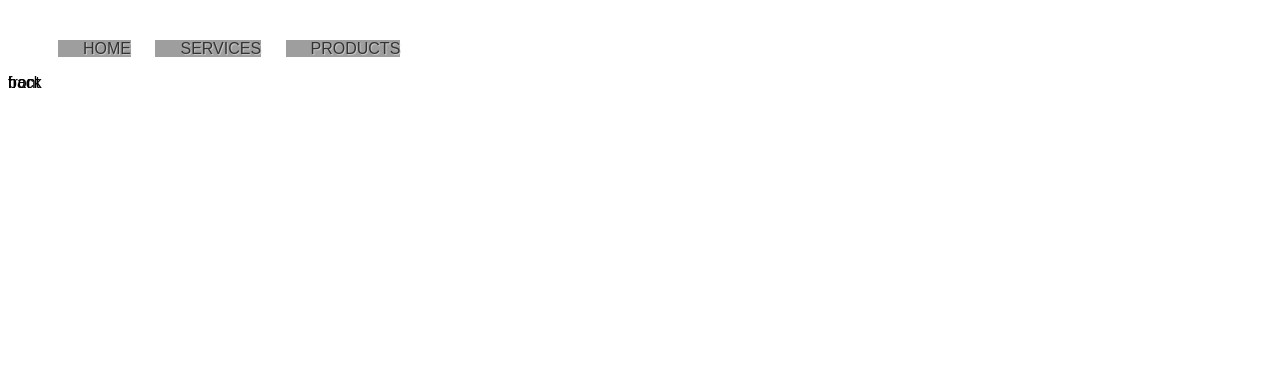
Repository: LtGriff/capstoneprogress
Page: index.html
An editor plug-in stored every save of this project. The page is shown before and after the next save, followed by the edit.
The browser window is 1280 px wide. The pictures show the whole page.
Pictures or frames that could not be fetched are drawn as grey boxes.

Above is the page before, as saved 2022-06-05 23:51:53.

### index.html
<!DOCTYPE html>
<html lang="en">
<head>
     <meta charset="UTF-8">
     <meta http-equiv="X-UA-Compatible" content="IE=edge">
     <meta name="viewport" content="width=device-width, initial-scale=1.0">
     <title>Document</title>
     <link rel="stylesheet" href="style.css">
</head>
<body>


     </html><nav id="main-menu">
     <ul class="nav-bar">
          <li class="nav-button-home"><a href="#">Home</a></li>
          <li class="nav-button-services"><a href="#">Services</a></li>
          <li class="nav-button-products"><a href="#">Products</a></li>
     </ul>
</nav>



<div class="scene">
     <div class="card">
       <div class="card__face card__face--front">front</div>
       <div class="card__face card__face--back">back</div>
     </div>
   </div>




</body>

### style.css
body { font-family: sans-serif; }

#main-menu .nav-bar { list-style:none; margin-top: 40px; }
#main-menu .nav-bar li { display:inline; padding:0 10px; }

#main-menu .nav-bar li a {
  text-decoration: none;
  padding-left: 25px;
  text-transform: uppercase;
  color: #333;
	text-shadow: 1px 1px 1px #ccc;
}

.nav-bar .nav-button-home a { background:url("https://www.cheesetoast.co.uk/cheesepress/wp-content/uploads/2012/08/home.gif") no-repeat 0px -2px transparent; }

.nav-bar .nav-button-services a { background:url("https://www.cheesetoast.co.uk/cheesepress/wp-content/uploads/2012/08/services.gif") no-repeat 0px -2px transparent; }

.nav-bar .nav-button-products a { background:url("https://www.cheesetoast.co.uk/cheesepress/wp-content/uploads/2012/08/products.gif") no-repeat 0px -2px transparent; }


.scene {
  width: 200px;
  height: 260px;
  perspective: 600px;
}


.card {
  width: 100%;
  height: 100%;
  position: relative;
  transition: transform 1s;
  transform-style: preserve-3d;
}

.card__face {
  position: absolute;
  height: 100%;
  width: 100%;
  backface-visibility: hidden;
}

After the next save:
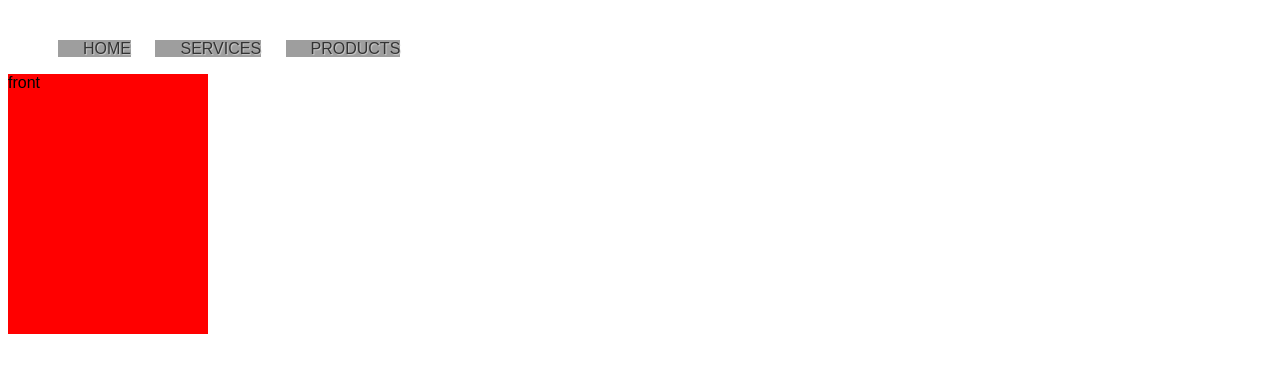
Saved 28 s later.
--- a/style.css
+++ b/style.css
@@ -39,3 +39,13 @@ body { font-family: sans-serif; }
   width: 100%;
   backface-visibility: hidden;
 }
+
+
+.card__face--front {
+  background: red;
+}
+
+.card__face--back {
+  background: blue;
+  transform: rotateY( 180deg );
+}

After the 2 saves that followed:
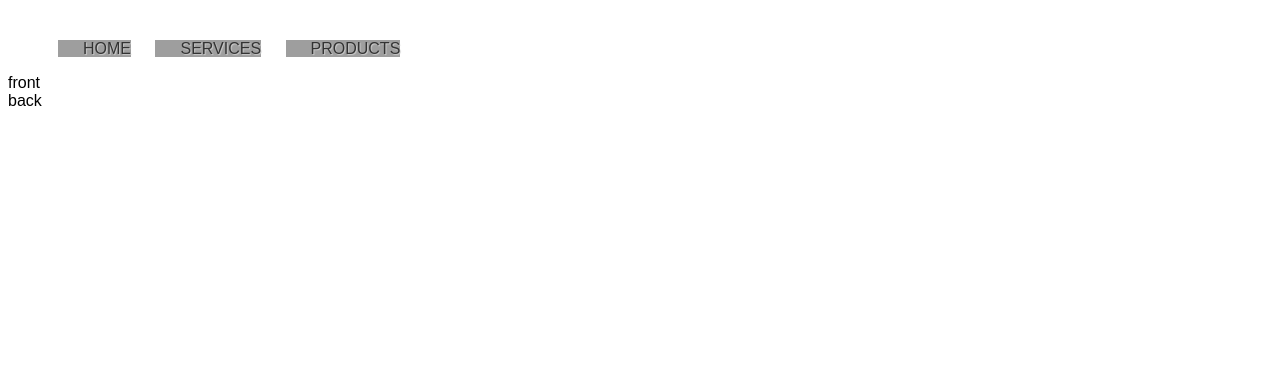
The 2 saves are shown as one change because 1 left the picture as it was.
The last was saved 3 min 12 s later.
--- a/style.css
+++ b/style.css
@@ -16,36 +16,3 @@ body { font-family: sans-serif; }
 .nav-bar .nav-button-services a { background:url("https://www.cheesetoast.co.uk/cheesepress/wp-content/uploads/2012/08/services.gif") no-repeat 0px -2px transparent; }
 
 .nav-bar .nav-button-products a { background:url("https://www.cheesetoast.co.uk/cheesepress/wp-content/uploads/2012/08/products.gif") no-repeat 0px -2px transparent; }
-
-
-.scene {
-  width: 200px;
-  height: 260px;
-  perspective: 600px;
-}
-
-
-.card {
-  width: 100%;
-  height: 100%;
-  position: relative;
-  transition: transform 1s;
-  transform-style: preserve-3d;
-}
-
-.card__face {
-  position: absolute;
-  height: 100%;
-  width: 100%;
-  backface-visibility: hidden;
-}
-
-
-.card__face--front {
-  background: red;
-}
-
-.card__face--back {
-  background: blue;
-  transform: rotateY( 180deg );
-}
